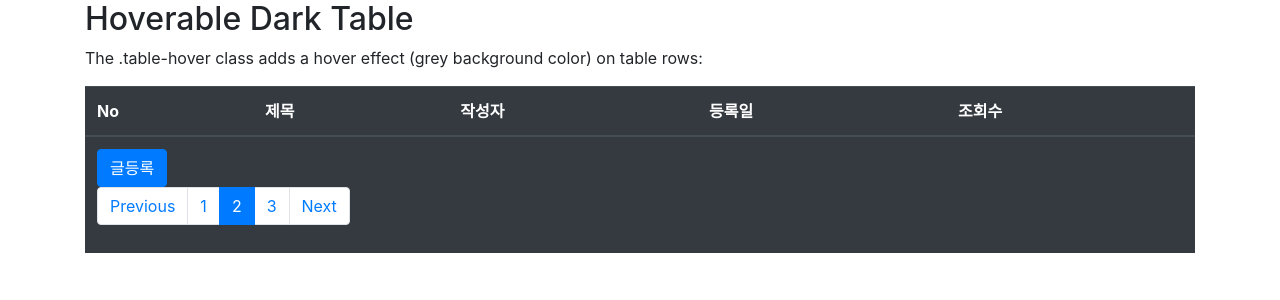
Repository: chagrace/boot_workspace
Page: http://localhost/notice/list
The author's editor kept a copy of each file at every save. The page is drawn from the files as they stood at one save, then again after the next save.
The browser window is 1280 px wide. The pictures show the whole page.
The page is this project's Thymeleaf template; nobody is signed in. The template is opened directly, without the code that normally fills it, so the values that code supplies are empty.

Above is the page before, as saved 2024-04-23 04:39:03.

After the next save:
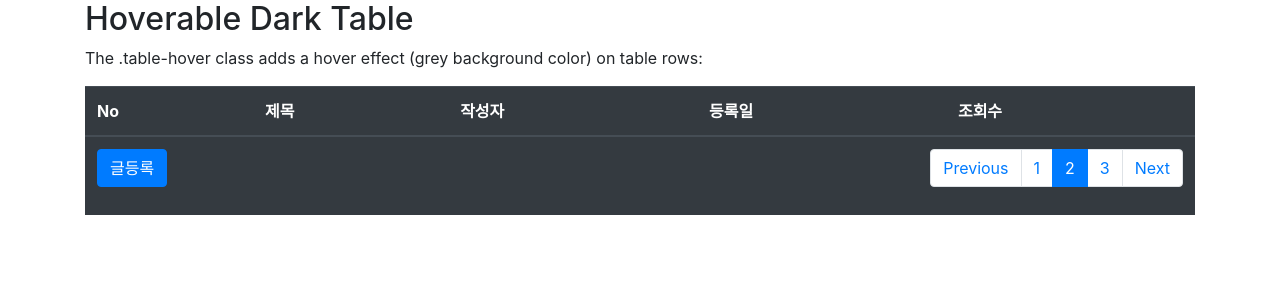
Saved 31 s later.
--- a/TestApp/src/main/resources/templates/notice/list.html
+++ b/TestApp/src/main/resources/templates/notice/list.html
@@ -40,7 +40,7 @@
 					<td colspan="5">
 						<button class="btn btn-primary"
 							onClick="location.href='/notice/writeform';">글등록</button>
-						<ul class="pagination">
+						<ul class="pagination float-right">
 							<li class="page-item"><a class="page-link" href="#">Previous</a></li>
 							<li class="page-item"><a class="page-link" href="#">1</a></li>
 							<li class="page-item active"><a class="page-link" href="#">2</a></li>
